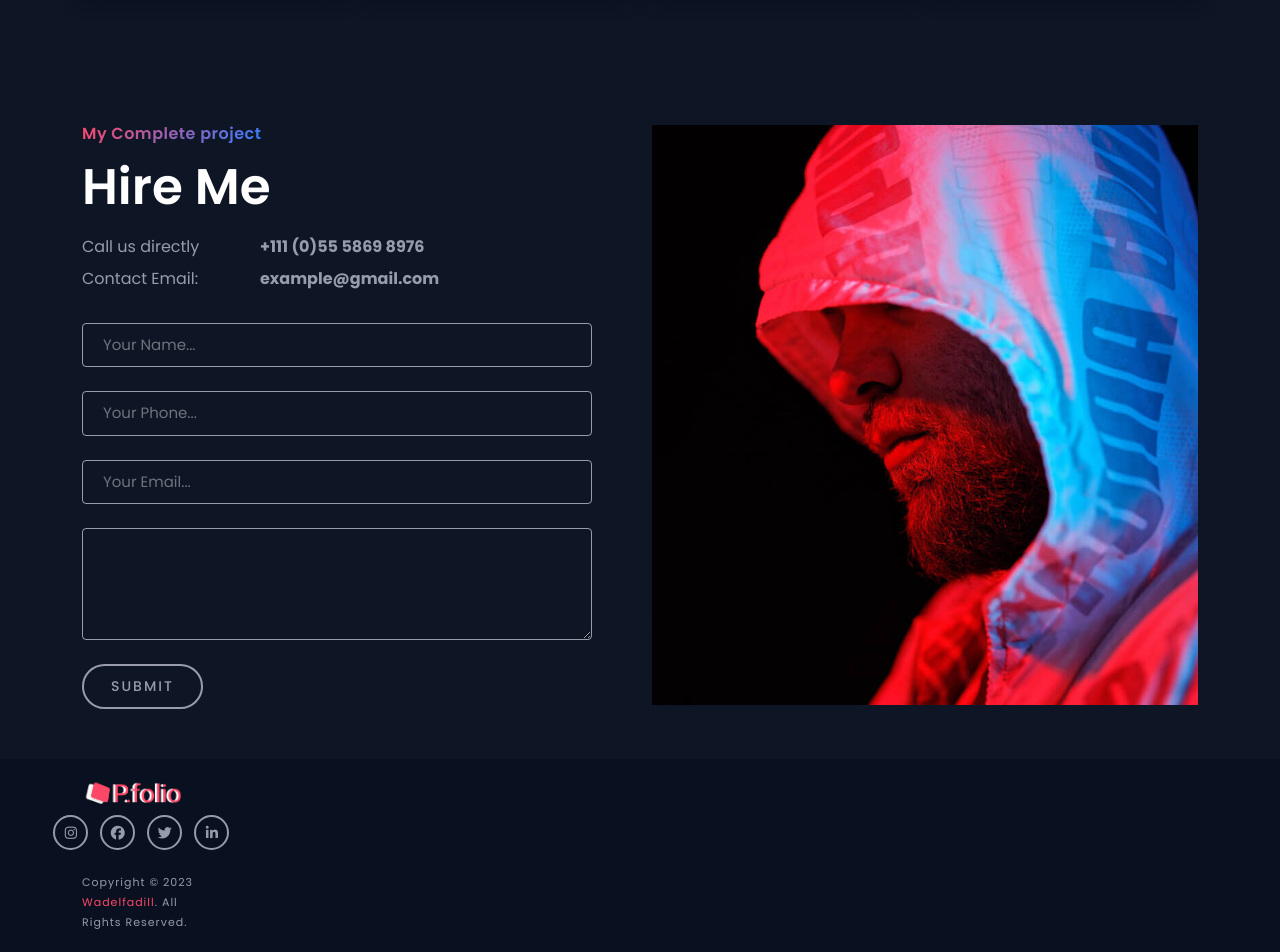
Repository: wadelfadill/Bootstrap_tache_3_responsive_portfolio
Page: index.html
An editor plug-in stored every save of this project. The page is shown before and after the next save, followed by the edit.
The browser window is 1280 px wide. The pictures show the part of the page from y = 3375 to 4327 px (the page is 4327 px tall before and 4237 px after).
Backgrounds fixed to the window are drawn as part of the page. Some web libraries are served in a nearby version.

Above is the page before, as saved 2023-04-12 16:21:59.

After the next save:
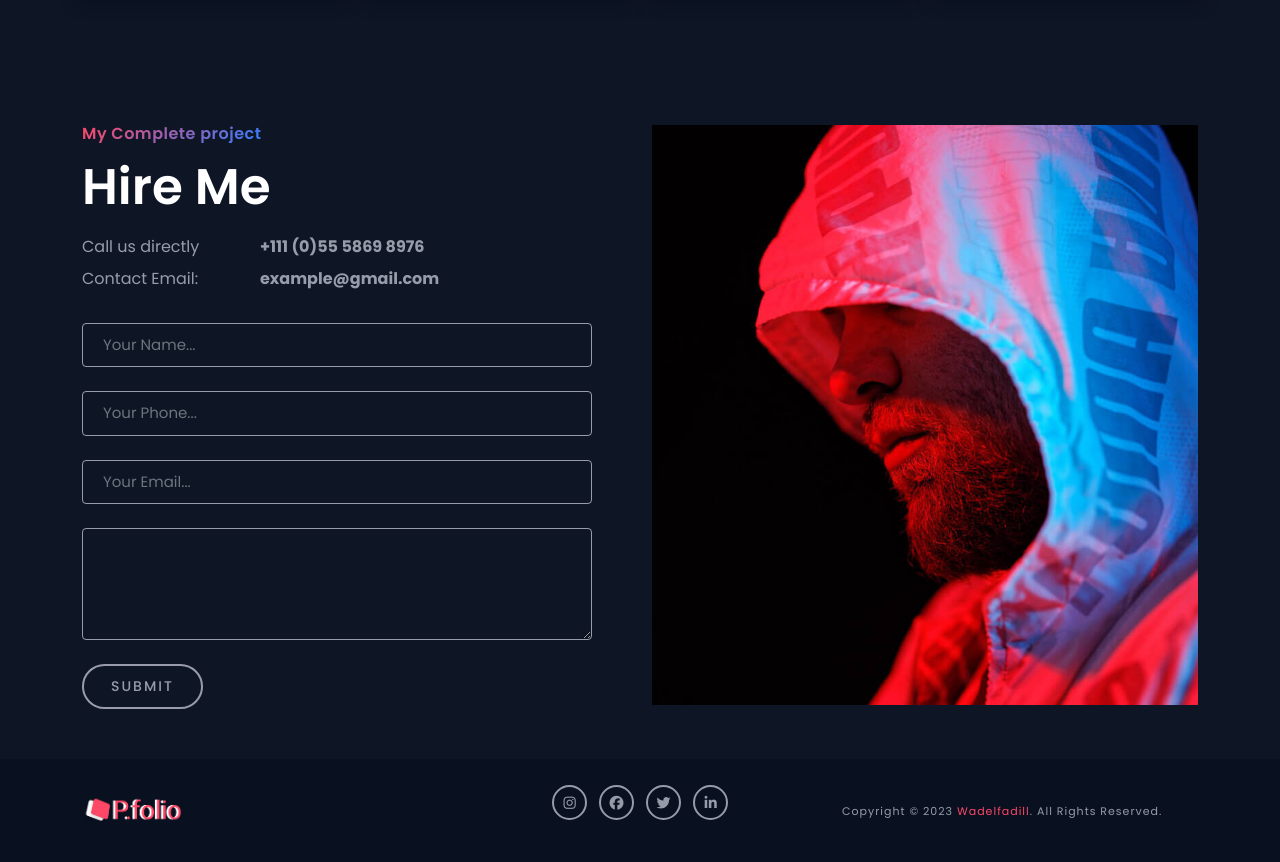
Saved 4 min 15 s later.
--- a/index.html
+++ b/index.html
@@ -386,20 +386,20 @@
                 <div class="footer-logo mb-3 mb-md-0">
                   <img src="images/logo.png" alt="" class="img-fluid">
                 </div>
-                <div class="col-lg-4 col-md-6">
-                  <ul class="list-unstyled d-flex justify-content-center justify-content-md-end justify-content-lg-center social-icon mb-3">
-                    <li><a href=""><i class="fab fa-instagram"></i></a></li>
-                    <li><a href=""><i class="fab fa-facebook"></i></a></li>
-                    <li><a href=""><i class="fab fa-twitter"></i></a></li>
-                    <li><a href=""><i class="fab fa-linkedin-in"></i></a></li>
-                  </ul>
-                </div>
-                <div class="col-lg-4 col-md-12">
-                  <div class="copyright-text text-lg-start text-center mb-3 mb-lg-0">
-                    <p class="mb-0">
-                      Copyright © 2023 <a href="#">Wadelfadill</a>. All Rights Reserved.
-                    </p>
-                  </div>
+              </div>
+              <div class="col-lg-4 col-md-6">
+                <ul class="list-unstyled d-flex justify-content-center justify-content-md-end justify-content-lg-center social-icon mb-3">
+                  <li><a href=""><i class="fab fa-instagram"></i></a></li>
+                  <li><a href=""><i class="fab fa-facebook"></i></a></li>
+                  <li><a href=""><i class="fab fa-twitter"></i></a></li>
+                  <li><a href=""><i class="fab fa-linkedin-in"></i></a></li>
+                </ul>
+              </div>
+              <div class="col-lg-4 col-md-12">
+                <div class="copyright-text text-lg-start text-center mb-3 mb-lg-0">
+                  <p class="mb-0">
+                    Copyright © 2023 <a href="#">Wadelfadill</a>. All Rights Reserved.
+                  </p>
                 </div>
               </div>
             </div>
